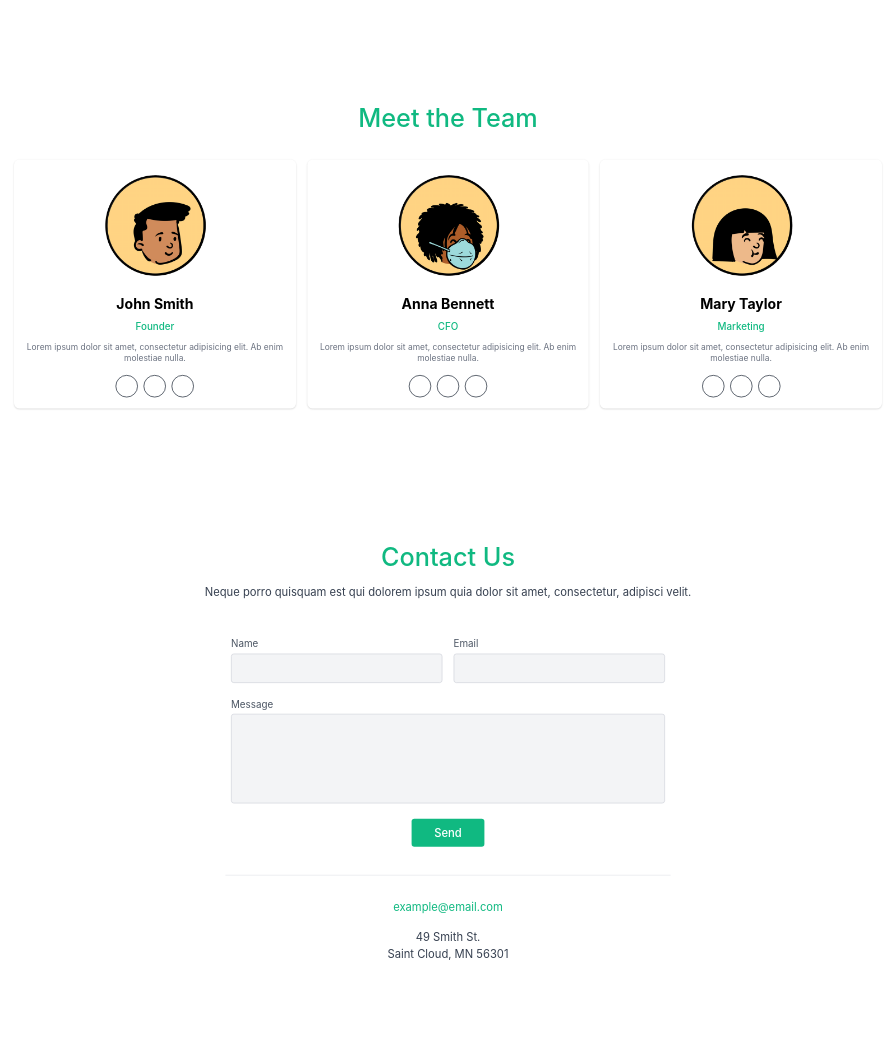
Repository: rhinorphan/phat-landing-page
Page: /
An editor plug-in stored every save of this project. The page is shown before and after the next save, followed by the edit.
The browser window is 1280 px wide. The pictures show the part of the page from y = 1764 to 3684 px (the page is 3279 px tall before and 3975 px after), at 70% of full size.
The project was rebuilt for these pictures with package versions that can differ from the ones it lists, and the page was loaded fresh each time. Also part of the build but not shown: craco.config.js.

Above is the page before, as saved 2021-11-17 17:16:19.

### public/index.html
<!DOCTYPE html>
<html lang="en">
  <head>
    <meta charset="utf-8" />
    <link rel="icon" href="%PUBLIC_URL%/assets/images/server_icon.png" />
    <meta name="PHAT" content="width=device-width, initial-scale=1" />
    <meta name="theme-color" content="#000000" />
    <meta
      name="description"
      content="PHAT Landing Page"
    />
    <link rel="apple-touch-icon" href="%PUBLIC_URL%/assets/images/server_icon.png" />
    <!--
      manifest.json provides metadata used when your web app is installed on a
      user's mobile device or desktop. See https://developers.google.com/web/fundamentals/web-app-manifest/
    -->
    <link rel="manifest" href="%PUBLIC_URL%/manifest.json" />
    <!--
      Notice the use of %PUBLIC_URL% in the tags above.
      It will be replaced with the URL of the `public` folder during the build.
      Only files inside the `public` folder can be referenced from the HTML.

      Unlike "/favicon.ico" or "favicon.ico", "%PUBLIC_URL%/favicon.ico" will
      work correctly both with client-side routing and a non-root public URL.
      Learn how to configure a non-root public URL by running `npm run build`.
    -->
    <title>Party Hats</title>
  </head>
  <body>
    <noscript>You need to enable JavaScript to run this app.</noscript>
    <div id="root"></div>
    <!--
      This HTML file is a template.
      If you open it directly in the browser, you will see an empty page.

      You can add webfonts, meta tags, or analytics to this file.
      The build step will place the bundled scripts into the <body> tag.

      To begin the development, run `npm start` or `yarn start`.
      To create a production bundle, use `npm run build` or `yarn build`.
    -->
  </body>
</html>

### src/App.js
import logo from './logo.svg';
import './App.css';
import Header from './components/Header';
import Contact from './components/Contact';
import Landing from './components/Landing';
import Community from './components/Community';
import Tokens from './components/Tokens';
import About from './components/About';

function App() {
  return (
    <div className="app">
        <Header />
        <div className="app__body">
          <Landing />
          <Community />
          <Tokens />
          <About />
          <Contact />
        </div>
    </div>
  );
}

export default App;

### src/App.css
.active {
  @apply py-4 px-2 text-green-500 border-b-4 border-green-500 font-semibold
}

.active2 {
  @apply block text-sm px-2 py-4 text-white bg-green-500 font-semibold
}

.nobull {
  list-style-type: none;
}

### src/components/Header.js
import React from 'react';
import { Link, animateScroll as scroll } from "react-scroll";

function Header() {

  const handleSubmit = (e) => {
    e.preventDefault();

		const menu = document.querySelector(".mobile-menu");

		menu.classList.toggle("hidden");
  }
  const scrollToTop = (e) => {
    scroll.scrollToTop();
  };

  return (
    <nav class="bg-white shadow-lg sticky top-0">
			<div class="max-w-6xl mx-auto px-4">
				<div class="flex justify-between">
					<div class="flex space-x-7">
						<div>
							<a href="" class="flex items-center py-4 px-2">
								<img src={`${process.env.PUBLIC_URL}/assets/images/server_icon.png`} alt="Logo" class="inline object-cover w-12 h-12 mr-4 rounded-full"/>
								<span onClick={scrollToTop}class="font-semibold text-gray-500 text-lg">Party Hats</span>
							</a>
						</div>
						<div class="hidden md:flex items-center space-x-1 nobull">
              <li><Link activeClass="active" className="py-4 px-2 text-gray-500 font-semibold hover:text-green-500 transition duration-300 cursor-pointer"
              to="landing" spy={true} smooth={true} duration={500}>Home</Link></li>
							<li><Link activeClass="active" className="py-4 px-2 text-gray-500 font-semibold hover:text-green-500 transition duration-300 cursor-pointer"
              to="community" spy={true} smooth={true} duration={500}>Community</Link></li>
              <li><Link activeClass="active" className="py-4 px-2 text-gray-500 font-semibold hover:text-green-500 transition duration-300 cursor-pointer"
              to="token" spy={true} smooth={true} duration={500}>Tokens</Link></li>
							<li><Link activeClass="active" className="py-4 px-2 text-gray-500 font-semibold hover:text-green-500 transition duration-300 cursor-pointer"
              to="about" spy={true} smooth={true} duration={500}>About</Link></li>
							<li><Link activeClass="active" className="py-4 px-2 text-gray-500 font-semibold hover:text-green-500 transition duration-300 cursor-pointer"
              to="contact" spy={true} smooth={true} duration={500}>Contact</Link></li>
						</div>
					</div>
					<div class="hidden md:flex items-center space-x-3 ">
						<a target="_blank" rel="noopener noreferrer" href="https://tetr.io/" class="py-2 px-8 font-medium text-white bg-green-500 hover:bg-green-400 transition duration-300 rounded-full">Play</a>
					</div>
					<div class="md:hidden flex items-center">
						<button class="outline-none mobile-menu-button" onClick={handleSubmit}>
						<svg class=" w-6 h-6 text-gray-500 hover:text-green-500 "
							x-show="!showMenu"
							fill="none"
							stroke-linecap="round"
							stroke-linejoin="round"
							stroke-width="2"
							viewBox="0 0 24 24"
							stroke="currentColor"
						>
							<path d="M4 6h16M4 12h16M4 18h16"></path>
						</svg>
					</button>
					</div>
				</div>
			</div>
			<div class="hidden mobile-menu">
				<ul class="">
					<li><Link activeClass="active2" className="block text-sm px-2 py-4 hover:bg-green-500 transition duration-300 hover:text-white cursor-pointer"
              to="landing" spy={true} smooth={true} duration={500}>Home</Link></li>
					<li><Link activeClass="active2" className="block text-sm px-2 py-4 hover:bg-green-500 transition duration-300 hover:text-white cursor-pointer"
              to="community" spy={true} smooth={true} duration={500}>Community</Link></li>
          <li><Link activeClass="active2" className="block text-sm px-2 py-4 hover:bg-green-500 transition duration-300 hover:text-white cursor-pointer"
              to="token" spy={true} smooth={true} duration={500}>Tokens</Link></li>
					<li><Link activeClass="active2" className="block text-sm px-2 py-4 hover:bg-green-500 transition duration-300 hover:text-white cursor-pointer"
              to="about" spy={true} smooth={true} duration={500}>About</Link></li>
					<li><Link activeClass="active2" className="block text-sm px-2 py-4 hover:bg-green-500 transition duration-300 hover:text-white cursor-pointer"
              to="contact" spy={true} smooth={true} duration={500}>Contact</Link></li>
				</ul>
			</div>
		</nav>
  )
}

export default Header

### src/components/Contact.js
import React from 'react'
import { Link, animateScroll as scroll } from "react-scroll";

function Contact() {

  return (
    <section
      className="text-gray-700 body-font" name="contact">
        <div className="container px-5 py-24 mx-auto">
          <div className="flex flex-col text-center w-full mb-12">
            <h1 className="sm:text-4xl text-2xl font-medium title-font mb-4 text-green-500">
              Contact Us
            </h1>
            <p className="lg:w-2/3 mx-auto leading-relaxed text-base">
            Neque porro quisquam est qui dolorem ipsum quia dolor sit amet, consectetur, adipisci velit.
            </p>
          </div>
          <div className="lg:w-1/2 md:w-2/3 mx-auto">
            <div className="flex flex-wrap -m-2">
              <div className="p-2 w-1/2">
                <div className="">
                  <label for="name" className="leading-7 text-sm text-gray-600">
                    Name
                  </label>
                  <input
                    type="text"
                    id="name"
                    name="name"
                    className="w-full bg-gray-100 rounded border border-gray-300 focus:border-green-500 text-base outline-none text-gray-700 py-1 px-3 leading-8 transition-colors duration-200 ease-in-out"
                  />
                </div>
              </div>
              <div className="p-2 w-1/2">
                <div className="">
                  <label
                    for="email"
                    className="leading-7 text-sm text-gray-600"
                  >
                    Email
                  </label>
                  <input
                    type="email"
                    id="email"
                    name="email"
                    className="w-full bg-gray-100 rounded border border-gray-300 focus:border-green-500 text-base outline-none text-gray-700 py-1 px-3 leading-8 transition-colors duration-200 ease-in-out"
                  />
                </div>
              </div>
              <div className="p-2 w-full">
                <div className="">
                  <label
                    for="message"
                    className="leading-7 text-sm text-gray-600"
                  >
                    Message
                  </label>
                  <textarea
                    id="message"
                    name="message"
                    className="w-full bg-gray-100 rounded border border-gray-300 focus:border-green-500 h-32 text-base outline-none text-gray-700 py-1 px-3 resize-none leading-6 transition-colors duration-200 ease-in-out"
                  ></textarea>
                </div>
              </div>
              <div className="p-2 w-full">
                <button className="flex mx-auto py-2 px-8 font-medium text-white bg-green-500 rounded hover:bg-green-400 transition duration-300">
                  Send
                </button>
              </div>
              <div className="p-2 w-full pt-8 mt-8 border-t border-gray-200 text-center">
                <a className="text-green-500">example@email.com</a>
                <p className="leading-normal my-5">
                  49 Smith St.
                  <br />
                  Saint Cloud, MN 56301
                </p>
                <span className="inline-flex">
                  <a className="ml-4 text-gray-500">
                    <svg xmlns="http://www.w3.org/2000/svg" className="w-5 h-5" fill="currentColor" class="bi bi-discord" viewBox="0 0 16 16">
                      <path d="M13.545 2.907a13.227 13.227 0 0 0-3.257-1.011.05.05 0 0 0-.052.025c-.141.25-.297.577-.406.833a12.19 12.19 0 0 0-3.658 0 8.258 8.258 0 0 0-.412-.833.051.051 0 0 0-.052-.025c-1.125.194-2.22.534-3.257 1.011a.041.041 0 0 0-.021.018C.356 6.024-.213 9.047.066 12.032c.001.014.01.028.021.037a13.276 13.276 0 0 0 3.995 2.02.05.05 0 0 0 .056-.019c.308-.42.582-.863.818-1.329a.05.05 0 0 0-.01-.059.051.051 0 0 0-.018-.011 8.875 8.875 0 0 1-1.248-.595.05.05 0 0 1-.02-.066.051.051 0 0 1 .015-.019c.084-.063.168-.129.248-.195a.05.05 0 0 1 .051-.007c2.619 1.196 5.454 1.196 8.041 0a.052.052 0 0 1 .053.007c.08.066.164.132.248.195a.051.051 0 0 1-.004.085 8.254 8.254 0 0 1-1.249.594.05.05 0 0 0-.03.03.052.052 0 0 0 .003.041c.24.465.515.909.817 1.329a.05.05 0 0 0 .056.019 13.235 13.235 0 0 0 4.001-2.02.049.049 0 0 0 .021-.037c.334-3.451-.559-6.449-2.366-9.106a.034.034 0 0 0-.02-.019Zm-8.198 7.307c-.789 0-1.438-.724-1.438-1.612 0-.889.637-1.613 1.438-1.613.807 0 1.45.73 1.438 1.613 0 .888-.637 1.612-1.438 1.612Zm5.316 0c-.788 0-1.438-.724-1.438-1.612 0-.889.637-1.613 1.438-1.613.807 0 1.451.73 1.438 1.613 0 .888-.631 1.612-1.438 1.612Z"/>
                    </svg>
                  </a>
                  <a className="ml-4 text-gray-500">
                    <svg xmlns="http://www.w3.org/2000/svg" className="w-5 h-5" fill="currentColor" class="bi bi-telegram" viewBox="0 0 16 16">
                      <path d="M16 8A8 8 0 1 1 0 8a8 8 0 0 1 16 0zM8.287 5.906c-.778.324-2.334.994-4.666 2.01-.378.15-.577.298-.595.442-.03.243.275.339.69.47l.175.055c.408.133.958.288 1.243.294.26.006.549-.1.868-.32 2.179-1.471 3.304-2.214 3.374-2.23.05-.012.12-.026.166.016.047.041.042.12.037.141-.03.129-1.227 1.241-1.846 1.817-.193.18-.33.307-.358.336a8.154 8.154 0 0 1-.188.186c-.38.366-.664.64.015 1.088.327.216.589.393.85.571.284.194.568.387.936.629.093.06.183.125.27.187.331.236.63.448.997.414.214-.02.435-.22.547-.82.265-1.417.786-4.486.906-5.751a1.426 1.426 0 0 0-.013-.315.337.337 0 0 0-.114-.217.526.526 0 0 0-.31-.093c-.3.005-.763.166-2.984 1.09z"/>
                    </svg>
                  </a>
                </span>
              </div>
            </div>
          </div>
        </div>
      </section>
  )
}

export default Contact

### src/components/Landing.js
import React from 'react'
import { Link, animateScroll as scroll } from "react-scroll";

function Landing() {
  return (
    <section className="grid md:flex place-items-center h-screen py-10 px-4" name="landing">
      <div class="mx-16">
        <h2 class="text-4xl  font-bold mb-2 text-green-500">
          Community Arcade Cabinet
        </h2>
        <h3 class="text-2xl mb-2 text-gray-300">
        With your beloved games.
        </h3>
        <h3 class="text-2xl mb-8 text-green-500">
        Join the revolution!
        </h3>

        <button class="m-2 bg-white font-bold rounded-full py-4 px-8 shadow-lg uppercase tracking-wider text-green-500 hover:bg-green-400 transition duration-300 hover:text-white">
          <a target="_blank" rel="noopener noreferrer" href="https://lionell-moore.gitbook.io/crypto-party-hats/introductions/what-is-party-hats">Whitepaper</a>
        </button>
        <button class="m-2 bg-white font-bold rounded-full py-4 px-8 shadow-lg uppercase tracking-wider text-green-500 hover:bg-green-400 transition duration-300 hover:text-white">
          <a target="_blank" rel="noopener noreferrer" href="#"><Link activeClass="active"
              to="community" spy={true} smooth={true} duration={500}>Learn More</Link></a>
        </button>
      </div>
      <div className="w-full">
        <img src={`${process.env.PUBLIC_URL}/assets/images/landing.png`} alt="" className="h-full w-full"/>
      </div>
    </section>
  )
}

export default Landing

### src/components/Community.js
import React from 'react'

function Community() {
  return (
    <section className="grid md:flex place-items-center h-100 py-10 px-4" name="community">
      <div className="w-min-50">
        <img src={`${process.env.PUBLIC_URL}/assets/images/collab.png`} alt=""/>
      </div>
      <div class="mx-16 w-50">
        <h2 class="text-4xl  font-bold mb-2 text-green-500">
        Party Hats?
        </h2>
        <h3 class="text-2xl mb-2 text-gray-300">
        The Party Hats team and our community aims to be a central guild for anyone to join in and spend some time playing games with others as if you were at the arcade with friends. Out community will be more focused on helping fellow members who have either been rugpulled on or scammed by other people in the crypto space.
        </h3>
      </div>
    </section>
  )
}

export default Community

### src/components/Tokens.js
import React from 'react'

function Tokens() {
  return (
    <section name="token" className="h-screen container px-5 py-24 mx-auto flex justify-center">
      <p className="sm:text-4xl text-2xl font-medium title-font mb-4 text-green-500">Tokens</p>
    </section>
  )
}

export default Tokens

### src/components/About.js
import React from 'react'

// shadow-lg border border-gray-200 rounded-full overflow-hidden - picture TEAM div className

function About() {
  return (
    <section name="about" className="h-100 container px-5 py-24 mx-auto flex-col">
      <div>
        <p className="flex justify-center sm:text-4xl text-2xl font-medium title-font mb-10 text-green-500">Meet the Team</p>
      </div>
      <div class="flex sm:flex-row-2 md:flex-row-3 xl:flex-row-4 gap-4">

			<div class="flex flex-col items-center justify-center bg-white p-4 shadow rounded-lg">
				<div class="inline-flex h-40 w-40">
					<img src={`${process.env.PUBLIC_URL}/assets/images/team1.png`}
						 alt=""
						 class="h-full w-full"/>
				</div>

				<h2 class="mt-4 font-bold text-xl">John Smith</h2>
				<h6 class="mt-2 text-sm font-medium text-green-500">Founder</h6>

				<p class="text-xs text-gray-500 text-center mt-3">
					Lorem ipsum dolor sit amet, consectetur adipisicing elit. Ab enim molestiae nulla.
				</p>

				<ul class="flex flex-row mt-4 space-x-2">
					<li>
						<a href="" class="flex items-center justify-center h-8 w-8 border rounded-full text-gray-800 border-gray-800">
							<i class="fab fa-facebook"></i>
						</a>
					</li>
					<li>
						<a href="" class="flex items-center justify-center h-8 w-8 border rounded-full text-gray-800 border-gray-800">
							<i class="fab fa-twitter"></i>
						</a>
					</li>
					<li>
						<a href="" class="flex items-center justify-center h-8 w-8 border rounded-full text-gray-800 border-gray-800">
							<i class="fab fa-instagram"></i>
						</a>
					</li>
				</ul>
			</div>

			<div class="flex flex-col items-center justify-center bg-white p-4 shadow rounded-lg">
				<div class="inline-flex h-40 w-40">
					<img src={`${process.env.PUBLIC_URL}/assets/images/team2.png`}
						 alt=""
						 class="h-full w-full"/>
				</div>

				<h2 class="mt-4 font-bold text-xl">Anna Bennett</h2>
				<h6 class="mt-2 text-sm font-medium text-green-500">CFO</h6>

				<p class="text-xs text-gray-500 text-center mt-3">
					Lorem ipsum dolor sit amet, consectetur adipisicing elit. Ab enim molestiae nulla.
				</p>

				<ul class="flex flex-row mt-4 space-x-2">
					<li>
						<a href="" class="flex items-center justify-center h-8 w-8 border rounded-full text-gray-800 border-gray-800">
							<i class="fab fa-facebook"></i>
						</a>
					</li>
					<li>
						<a href="" class="flex items-center justify-center h-8 w-8 border rounded-full text-gray-800 border-gray-800">
							<i class="fab fa-twitter"></i>
						</a>
					</li>
					<li>
						<a href="" class="flex items-center justify-center h-8 w-8 border rounded-full text-gray-800 border-gray-800">
							<i class="fab fa-instagram"></i>
						</a>
					</li>
				</ul>
			</div>

			<div class="flex flex-col items-center justify-center bg-white p-4 shadow rounded-lg">
				<div class="inline-flex h-40 w-40">
					<img src={`${process.env.PUBLIC_URL}/assets/images/team3.png`}
						 alt=""
						 class="h-full w-full"/>
				</div>

				<h2 class="mt-4 font-bold text-xl">Mary Taylor</h2>
				<h6 class="mt-2 text-sm font-medium text-green-500">Marketing</h6>

				<p class="text-xs text-gray-500 text-center mt-3">
					Lorem ipsum dolor sit amet, consectetur adipisicing elit. Ab enim molestiae nulla.
				</p>

				<ul class="flex flex-row mt-4 space-x-2">
					<li>
						<a href="" class="flex items-center justify-center h-8 w-8 border rounded-full text-gray-800 border-gray-800">
							<i class="fab fa-facebook"></i>
						</a>
					</li>
					<li>
						<a href="" class="flex items-center justify-center h-8 w-8 border rounded-full text-gray-800 border-gray-800">
							<i class="fab fa-twitter"></i>
						</a>
					</li>
					<li>
						<a href="" class="flex items-center justify-center h-8 w-8 border rounded-full text-gray-800 border-gray-800">
							<i class="fab fa-instagram"></i>
						</a>
					</li>
				</ul>
			</div>

		</div>

    </section>
  )
}

export default About

Loaded but not shown: src/index.js (common file); src/index.css (common file); src/reportWebVitals.js (common file); tailwind.config.js (common file)

After the next save:
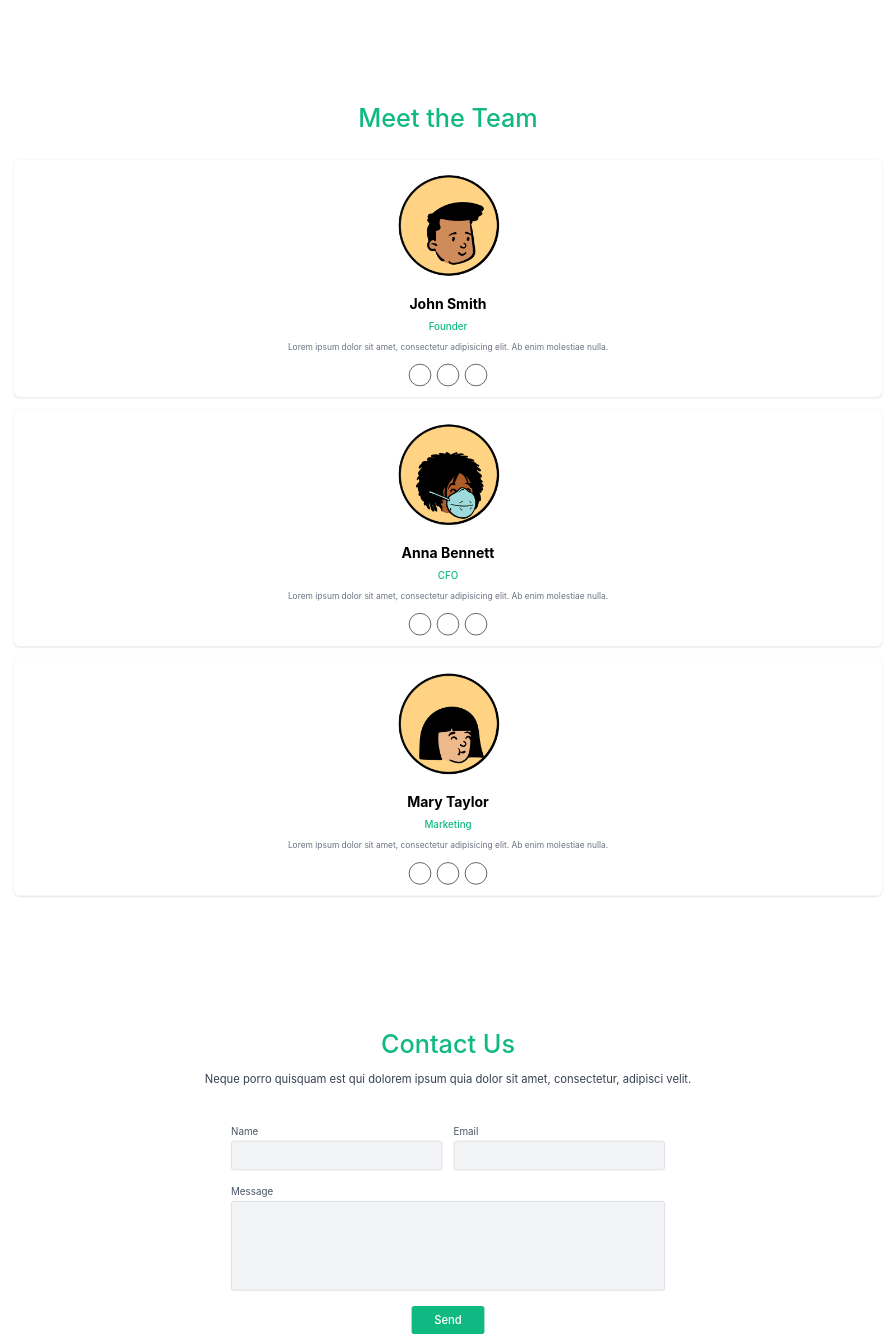
Saved 37 s later.
--- a/src/components/About.js
+++ b/src/components/About.js
@@ -8,7 +8,7 @@
       <div>
         <p className="flex justify-center sm:text-4xl text-2xl font-medium title-font mb-10 text-green-500">Meet the Team</p>
       </div>
-      <div class="flex sm:flex-row-2 md:flex-row-3 xl:flex-row-4 gap-4">
+      <div class="flex flex-col sm:flex-row-2 md:flex-row-3 xl:flex-row-4 gap-4">
 
 			<div class="flex flex-col items-center justify-center bg-white p-4 shadow rounded-lg">
 				<div class="inline-flex h-40 w-40">

After the save that followed:
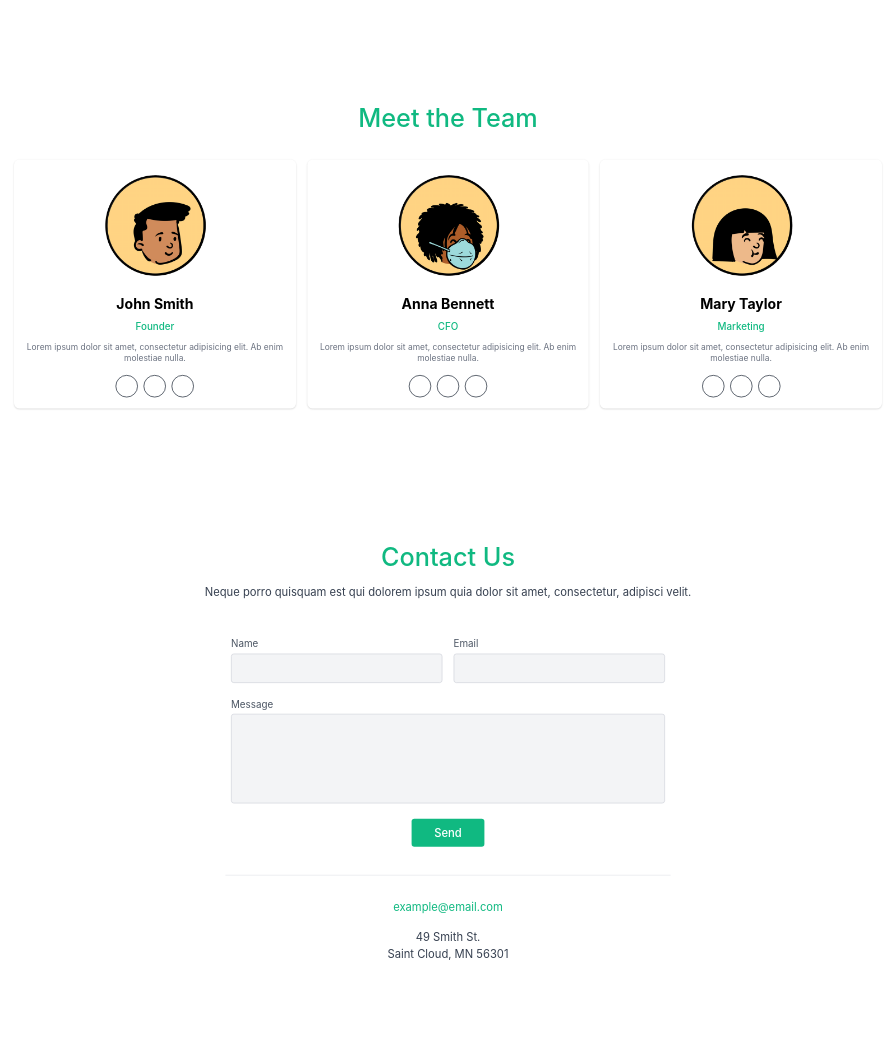
Saved 16 s later.
--- a/src/components/About.js
+++ b/src/components/About.js
@@ -8,7 +8,7 @@
       <div>
         <p className="flex justify-center sm:text-4xl text-2xl font-medium title-font mb-10 text-green-500">Meet the Team</p>
       </div>
-      <div class="flex flex-col sm:flex-row-2 md:flex-row-3 xl:flex-row-4 gap-4">
+      <div class="flex flex-col sm:flex-row md:flex-row-3 xl:flex-row-4 gap-4">
 
 			<div class="flex flex-col items-center justify-center bg-white p-4 shadow rounded-lg">
 				<div class="inline-flex h-40 w-40">
